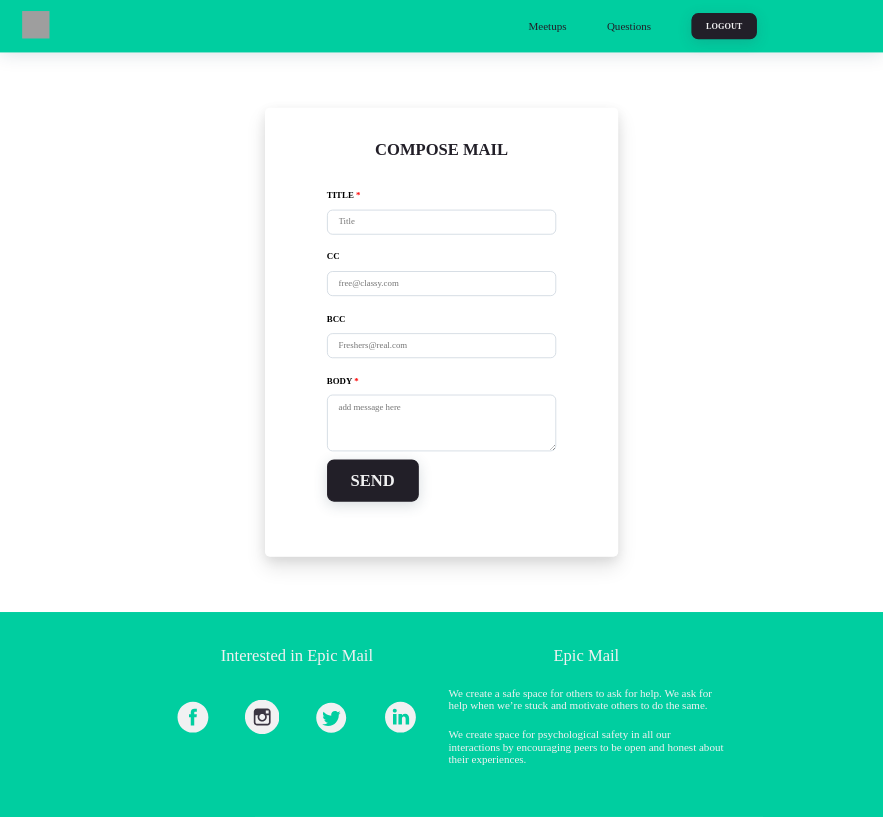
Repository: Gfreedoms/Epic-Mail
Page: pages/individual.html
An editor plug-in stored every save of this project. The page is shown before and after the next save, followed by the edit.
The browser window is 1280 px wide. The pictures show the whole page, at 69% of full size.
Pictures or frames that could not be fetched are drawn as grey boxes. Some web fonts or font styles are not loaded; a fallback is used.

Above is the page before, as saved 2019-02-27 07:59:19.

### pages/individual.html
<!DOCTYPE html>
<html lang="en">

<head>
	<meta charset="UTF-8">
	<meta name="viewport" content="width=device-width, initial-scale=1.0">
	<meta http-equiv="X-UA-Compatible" content="ie=edge">
	<link rel="apple-touch-icon" sizes="180x180" href="../assets/favicon/apple-touch-icon.png">
	<link rel="icon" type="image/png" sizes="32x32" href="../assets/favicon/favicon-32x32.png">
	<link rel="icon" type="image/png" sizes="16x16" href="../assets/favicon/favicon-16x16.png">
	<link rel="manifest" href="../assets/favicon/site.webmanifest">
	<link rel="mask-icon" href="../assets/favicon/safari-pinned-tab.svg" color="#5bbad5">
	<meta name="msapplication-TileColor" content="#da532c">
	<meta name="theme-color" content="#ffffff">
	<link rel="stylesheet" href="../styles/base.css">
	<link rel="stylesheet" href="../styles/format.css">
	<title> Epic Mail- ANDELA BOOTCAMP</title>
</head>

<body>
	<!-- Navigation Section Starts -->
	<section id="navigation">
		<nav class="navbar">
			<a href="../" id="nav-brand">
				<img src="../assets/imgs/logo.svg" alt="">
			</a>
			<ul class="nav-menu">
				<li class="visibility"><a class="hover-t" href="./login.html">Login</a></li>
				<li><a class="hover-t" href="./meetup.html">Meetups</a></li>
				<li><a class="hover-t" href="./questions.html">Questions</a></li>
				<li><a class="reg-btn box-sh-dark hover-lg" href="../">Logout</a></li>
			</ul>
			<a id="menu" href="">
				<img src="../assets/imgs/menu.svg" alt="">
			</a>
		</nav>
	</section>
	<!-- Navigation Section Ends -->

	<!-- SideBar Nav -->
	<ul id="sidebar" class="navbar-side side-hidden">
		<li><a href="./meetup.html">Meetups</a></li>
		<li><a href="./questions.html">Questions</a></li>
		<li><a class="" href="../">Logout</a></li>
	</ul>
	<!-- End SideBar Nav -->
	<section class="container w-auto">
		<div id="q-wrapper" class="card mauto m4 p3">
			<form action="/" method="POST">
				<div class="container">
					<h3 class="md-text">Compose Mail</h3>
					<div class="m1 input">
						<label class="m1" for="name">Title <span class="is-danger">*</span></label>
						<input class="p1 b-rsm" type="text" name="title" placeholder="Title">
                    </div>

                    <div class="m1 input">
                            <label class="m1" for="name">Cc </label>
                            <input class="p1 b-rsm" type="text" name="title" placeholder="free@classy.com" etc.">
                    </div>

                    <div class="m1 input">
                            <label class="m1" for="name">Bcc </label>
                            <input class="p1 b-rsm" type="text" name="title" placeholder="Freshers@real.com">
                    </div>


					<div class="m1 input">
						<label class="m1" for="name"> Body <span class="is-danger">*</span></label>
						<textarea class="p1 b-rsm" name="description" placeholder="add message here" rows="4" cols="50"></textarea>
                    </div>

					<div class="m2 input">
						<a class="btn sm box-sh-dark" href="./groups.html">Send</a>
					</div>
				</div>
			</form>
		</div>
	</section>

	<footer class="bg-secondary">
		<div class="container">
			<div class="info-about">
				<h3 class="md-text">Interested in Epic Mail</h3>
				<div class="social-links">
					<a href="#!"><img src="../assets/imgs/icons/facebook.svg" alt=""></a>
					<a href="#!"><img src="../assets/imgs/icons/instagram.svg" alt=""></a>
					<a href="#!"><img src="../assets/imgs/icons/twitter.svg" alt=""></a>
					<a href="#!"><img src="../assets/imgs/icons/linkedin.svg" alt=""></a>
				</div>
			</div>
			<div class="additional-info">
				<h3 class="md-text">Epic Mail</h3>
				<p class="sm-text">
					We create a safe space for others to ask for help.
					We ask for help when we’re stuck and motivate others to do the same.
				</p>
				<p class="sm-text">
					We create space for psychological safety in all our interactions by encouraging peers to be open and honest about
					their experiences.
				</p>
			</div>
		</div>
	</footer>
	<script src="../scripts/index.js"></script>
</body>

</html>

### styles/base.css
@import url('./fonts.css');

* {
	margin: 0;
	padding: 0;
	box-sizing: border-box;
}

a {
	color: #221F28;
	text-decoration: none;
}

#navigation {
	z-index: 1;
	background: #00cea0;
	/* background: #F1F1F2; */
	width: 100%;
	height: auto;
	padding: 1rem 2rem;
	box-shadow: 0 0 30px rgba(7, 51, 84, .17);
	-webkit-box-shadow: 0 0 30px rgba(7, 51, 84, .17);
	-moz-box-shadow: 0 0 30px rgba(7, 51, 84, .17);
}

#nav-brand img {
    height: 40px;
    width: 40px;
}

.navbar {
	display: grid;
	grid-template-columns: 20% 40%;
	grid-gap: 30%;
	align-items: center;
}

.navbar-side {
	height: 100%;
	background: #F1F1F2;
	position: absolute;
	z-index: 9999;
	width: 350px;
	/* box-shadow: 9px -1px 29px 1px; */
	box-shadow: 13px 0px 22px -10px rgba(35, 31, 41, 0.44);
	padding: 20px;
	list-style-type: none;
}

.navbar-side li {
	padding: 20px 10px;
}

.navbar-side li:hover {
	background: #221F28;
	color: #F1F1F2;
}

.navbar-side li:hover>a {
	color: #F1F1F2;
}

.navbar-side a {
	font-family: 'Circular-Book';
}

.navbar-side a:hover {
	color: #F1F1F2;
}

.side-hidden {
	margin-left: -390px;
	transition: all 0.3s ease-out;
}

.side-active {
	margin-left: 0px;
	transition: all 0.3s ease-in;
}

.nav-menu {
	list-style-type: none;
	display: flex;
	align-items: center;
}

.nav-menu li {
	justify-content: center;
	flex: auto;
	display: flex;
}

.nav-menu a {
	text-decoration: none;
}

.reg-btn {
	background: #221F28;
	color: #F1F1F2;
	padding: 0.8rem 1.2rem;
	line-height: 9px;
	font-weight: 600;
	text-transform: uppercase;
	font-size: 12px;
	border-radius: 10px;
	-webkit-border-radius: 10px;
	-moz-border-radius: 10px;
	display: block;
	transition: all .5s ease;
	-webkit-transition: all .5s ease;
	-moz-transition: all .5s ease;
	border: 2px solid #221F28;
}

.btn {
	background: #221F28;
	color: #F1F1F2;
	padding: 1.5rem 1rem;
	line-height: 9px;
	font-weight: 600;
	text-transform: uppercase;
	font-size: 1.5rem;
	border-radius: 10px;
	-webkit-border-radius: 10px;
	-moz-border-radius: 10px;
	display: block;
	transition: all .5s ease;
	-webkit-transition: all .5s ease;
	-moz-transition: all .5s ease;
	border: 2px solid #221F28;
	text-align: center;
}

.cta-btn {
	background: #F1F1F2;
	color: #221F28;
	font-family: 'Circular-Bold';
	margin: 2rem 0;
	padding: 0.8rem 1.2rem;
	line-height: 2rem;
	font-size: 2rem;
	font-weight: 600;
	text-transform: uppercase;
	font-size: 1rem;
	border-radius: 10px;
	-webkit-border-radius: 10px;
	-moz-border-radius: 10px;
	transition: all .5s ease;
	-webkit-transition: all .5s ease;
	-moz-transition: all .5s ease;
	border: 2px solid #F1F1F2;
}

.btn.sm {
	width: 40%
}

.box-sh-dark {
	-webkit-box-shadow: 0 5px 20px rgba(51, 73, 90, .2);
	box-shadow: 0 5px 20px rgba(51, 73, 90, .2);
}

#section-hero {
	padding-top: 130px;
	padding-bottom: 130px;
	background-color: #393541;
	background-image: url("data:[embedded picture, 478 characters]");
	background-attachment: fixed;
	background-size: cover;
	background-repeat: no-repeat;
	background-position: 50%;
	min-height: 600px;
	position: relative;
	width: 100%;
	display: flex;
	align-items: CENTER;
}

/* @media screen and (max-width:1680px) {} */

@media screen and (min-width: 1680px) {
	.rsvp span {
		padding: 1rem 1.4rem !important;
		color: white !important;
		border-radius: 6px !important;
		cursor: pointer !important;
	}

	.nav-menu a.hover-t {
		font-size: 1.7rem !important;
	}

	.meetups span {
		font-size: 1.4rem !important;
	}

	.m1 {
		margin-top: 3rem !important;
		margin-bottom: 0.6rem !important;
	}

	#section-hero {
		background-position: 50%;
	}

	.nav-menu a.hover-t {
		font-size: 1.3rem;
	}

	.nav-menu a {
		text-decoration: none;
		font-size: 1.1rem;
	}

	.reg-btn {
		padding: 1.5rem 1.6rem 1.5rem;
	}

	.bg-text {
		font-size: 4rem !important;
	}

	.md-text {
		font-size: 2.2rem !important;
		margin-bottom: 1rem !important;
	}

	.sm-text {
		font-size: 1.5rem !important;
	}
}

.container {
	width: 75%;
	margin: 0 auto;
}

.w-sm {
	width: 80% !important;
}

.w-md {
	width: 60% !important;
}

.w-lg {
	width: 40% !important;
}

.hero-text {
	height: 100%;
}

.bg-text,
.md-text,
.sm-text {
	color: #F1F1F2;
}

.bg-text {
	margin-bottom: 1.5rem;
	font-family: 'Circular-Bold';
	font-weight: 700;
	font-size: 3rem;
}

.md-text {
	margin-bottom: 2rem;
	font-family: 'Circular-Book';
	font-weight: 400;
	font-size: 1.5rem;
}

.sm-text {
	margin-bottom: 1.5rem;
	font-family: 'Circular-Light';
	font-weight: 400;
	font-size: 1rem;
}

.info-section,
.info-platform,
.info-expl {
	padding: 3rem 0;
	min-height: 50%;
}

.info-section,
.info-expl {
	background: #F1F1F2;
}

.info-platform {
	background: #C5CFD9;
}

.info-section .container,
.info-platform .container,
.info-expl .container {
	display: grid;
	grid-template-columns: 1fr 1fr;
	/* padding: 50px; */
}

.side {
	margin-top: 2rem;
	margin-bottom: 2rem;
	position: relative;
}

.info-section p,
.info-section h3,
.info-platform p,
.info-platform h3,
.info-expl p,
.info-expl h3 {
	color: #221F28;
}

.bg-primary {
	background: #221F28;
}

.bg-secondary {
	background: #00cea0;
}

.info-desc {
	flex: 1;
	align-items: center;
	display: flex;
	flex-direction: column;
	justify-content: center;
}

.info-action {
	text-align: center;
}

.card {
	border-radius: .45rem;
	background: #ffffff;
	box-shadow: 0 15px 30px 0 rgba(0, 0, 0, .11), 0 5px 15px 0 rgba(0, 0, 0, .08);
}

.card-lg {
	border-radius: .25rem;
	background: #ffffff;
	box-shadow: 0 15px 30px 0 rgba(0, 0, 0, .11), 0 5px 15px 0 rgba(0, 0, 0, .08);
}

.mauto {
	margin-left: auto;
	margin-right: auto;
}

.m4 {
	margin-top: 5rem;
	margin-bottom: 5rem;
}

.m3 {
	margin-top: 3rem;
	margin-bottom: 3rem;
}

.m2 {
	margin-top: 2rem;
	margin-bottom: 2rem;
}

.m1 {
	margin-top: 0.6rem;
	margin-bottom: 0.6rem;
}

.p4 {
	padding-top: 5rem;
	padding-bottom: 5rem;
}

.p3 {
	padding-top: 3rem;
	padding-bottom: 3rem;
}

.p2 {
	padding-top: 2rem;
	padding-bottom: 2rem;
}

.p1 {
	padding-top: 0.6rem;
	padding-bottom: 0.6rem;
}

.t-al {
	text-align: center !important;
}

form label {
	font-weight: 600;
	text-transform: uppercase;
	font-size: 0.8rem;
	font-family: 'Circular-Book';
}

form .reg-btn {
	text-align: center;
}

#login-form {
	width: 350px;
}

#login-form h3,
#q-wrapper h3 {
	color: #221F28;
	text-transform: uppercase;
	font-weight: 800;
	text-align: center;
	/* border-bottom: 4px solid #221F28; */
}

.input {
	display: grid;
	grid-template-columns: 1fr;
	margin-top: 10px;
}

.input input {
	padding-left: 1rem;
	padding-right: 1rem;
	font-family: 'Circular-Light';
	font-size: 0.8rem;
	border: 1px solid #C5CFD9;
	background: #ffffff;
}

.input textarea {
	padding-left: 1rem;
	padding-right: 1rem;
	font-family: 'Circular-Light';
	font-size: 0.8rem;
	border: 1px solid #C5CFD9;
	background: #ffffff;
}

.input select {
	border: 1px solid #C5CFD9;
	padding: 0.4rem 0.5rem;
	height: 2rem;
}

.b-rsm {
	border-radius: 8px;
}

#menu {
	display: none;
}

#menu img {
	height: 30px;
}

img {
	height: 15rem;
	width: auto;
}

footer {
	padding: 50px 10px;
}

footer .container {
	display: grid;
	grid-template-columns: 1fr 1fr;
	/* margin-bottom: 50px; */
	grid-gap: 20px;
}

footer h3 {
	/* padding-bottom: 1rem; */
	/* border-bottom: 4px solid #F1F1F2; */
	text-align: center;
}

.social-links {
	display: grid;
	grid-template-columns: 1fr 1fr 1fr 1fr;
	margin-top: 50px;
}

.social-links img {
	height: 50px;
}

.social-links a {
	text-align: center;
}

.info-about h3 {
	margin-bottom: 0 !important;
}

.b-danger {
	background: #F01D43 !important;
}

.b-mild {
	background: #80808094 !important;
	color: #ffffff !important;
}

.b-success {
	background: #00cea0 !important;
}

.b-wicked {
	background: #ff003b !important;
}

/*
.b-wicked {
	background: #6a1b9a !important;
} */

.header {
	display: grid;
	grid-template-columns: 1fr 1fr;
	align-items: center;
}

.hover-t:hover {
	color: purple;
}

.hover-lg:hover {
	cursor: pointer;
	transform: scale(1.009, 1.009);
	-webkit-box-shadow: 2px 2px 20px 0px rgba(128, 128, 128, 0.74);
	-moz-box-shadow: 2px 2px 20px 0px rgba(128, 128, 128, 0.74);
	box-shadow: 2px 2px 20px 0px rgba(128, 128, 128, 0.74);
	transition: all 0.8s cubic-bezier(0.165, 0.84, 0.44, 1);
}

.visibility {
	visibility: hidden;
}

/* MEDIA QUERIES */
@media all and (max-width: 850px) {
	.navbar {
		grid-template-columns: 20% 60%;
		grid-gap: 20%;
	}
}

@media all and (max-width: 850px) {
	.nav-menu {
		display: none;
	}

	#menu {
		display: block;
		text-align: right;
	}
}

@media all and (max-width: 1050px) {
	.navbar {
		grid-template-columns: 20% 60%;
		grid-gap: 20%;
	}
}

@media all and (max-width: 350px) {
	img {
		height: 12rem;
		width: auto;
	}

	.social-links img {
		height: 40px;
	}
}

@media all and (max-width: 670px) {
	.social-links {
		margin-top: 25px;
	}

	.info-about {
		margin-bottom: 25px;
	}

	.nav-menu {
		flex-wrap: wrap;
	}

	.nav-menu>li {
		flex-basis: 50%;
	}

	.info-section .container,
	.info-platform .container,
	.info-expl .container {
		grid-template-columns: 1fr;
	}

	footer .container {
		grid-template-columns: 1fr;
		grid-gap: 10px;
	}
}

@media all and (max-width: 400px) {
	.nav-menu>li {
		flex-basis: 100%;
	}

	.intro a {
		width: 100% !important;
	}

	.btn {
		background: #221F28;
		color: #F1F1F2;
		padding: 0.8rem 1rem;
		line-height: 9px;
		font-weight: 600;
		text-transform: uppercase;
		font-size: 1rem;
		border-radius: 10px;
	}
}

@media all and (min-width: 576px) {
	.hide-lg {
		display: none !important;
	}
}

@media all and (max-width: 576px) {
	.hide-sm {
		display: none !important;
	}
}

@media all and (max-width: 450px) {
	.container {
		width: 80%;
	}

	#login-form {
		width: auto;
	}
}

@media all and (max-width: 400px) {
	.hero-text {
		top: 40%;
		width: 70%;
		left: 10%;
	}

	.md-text {
		font-family: 'Circular-Book';
		margin-bottom: 1rem;
		font-weight: 100;
		font-size: 1.2rem;
	}

	form label {
		font-family: 'Circular-Light';
	}

	.f-bold {
		font-family: 'Circular-Book' !important;
	}

	.bg-text {
		margin-bottom: 1.3rem;
		font-family: 'Circular-Book';
		font-weight: 400;
		font-size: 2rem;
	}

	.cta-btn {
		font-size: 0.7rem;
		padding: 0.4rem 1rem;
	}
}

@media (min-width: 576px) {
	.w-auto {
		width: 75% !important;
	}

	.container {
		width: 85%;
	}
}

@media (min-width: 768px) {
	.w-auto {
		width: 40% !important;
	}

	.container {
		width: 85%;
	}
}

@media (min-width: 992px) {
	.w-auto {
		width: 35% !important;
	}

	.container {
		width: 70%;
	}
}

@media (min-width: 1200px) {
	.w-auto {
		width: 40% !important;
	}

	.container {
		width: 65%;
	}
}

/* END MEDIA QUERIES */

### styles/format.css
.is-danger {
	color: red;
}

.divider {
	height: 0.2rem;
	background: #221F28;
	opacity: 0.1;
	margin: 1rem auto;
	width: 100%;
}

table {
	width: 750px;
	border-collapse: collapse;
	margin: 50px auto;
}

/* Zebra striping */
tr:nth-of-type(odd) {
	background: #eee;
}

th {
	background: #221F28;
	color: white;
	font-weight: bold;
}

td,
th {
	padding: 10px;
	border: 1px solid #ccc;
	text-align: left;
	font-size: 18px;
}

@media only screen and (max-width: 760px),
(min-device-width: 768px) and (max-device-width: 1024px) {

	table {
		width: 100%;
	}

	/* Force table to not be like tables anymore */
	table,
	thead,
	tbody,
	th,
	td,
	tr {
		display: block;
	}

	thead tr {
		position: absolute;
		top: -9999px;
		left: -9999px;
	}

	tr {
		border: 1px solid #ccc;
	}

	td {
		border: none;
		border-bottom: 1px solid #eee;
		position: relative;
		padding-left: 50%;
	}

	td:before {
		position: absolute;
		/* Top/left values mimic padding */
		top: 6px;
		left: 6px;
		width: 45%;
		padding-right: 10px;
		white-space: nowrap;
		/* Label the data */
		content: attr(data-column);

		color: #000;
		font-weight: bold;
	}

	tbody tr {
		padding: 1rem;
	}
}

.m1 {
	margin-top: 0.8rem !important;
	margin-bottom: 0.8rem !important;
}

.pagination {
	text-align: center;
	margin: 2rem auto;
}

.pagination span {
	padding: 10px;
	border-radius: 2px;
	font-family: 'Circular-Book';
	font-weight: 600;
	font-size: 1rem;
	margin: 0 5px;
}

@media screen and (min-width: 1680px) {
	.reg-btn {
		padding: 1.5rem 1.6rem 1.5rem;
		font-size: 1rem;
	}

	.input {
		margin-top: 2rem;
	}

	.nav-menu a.hover-t {
		font-size: 1.4rem !important;
	}
}

### scripts/index.js
(function () {
  function togggleSidebar(e) {
    e.preventDefault();
    const sideBar = document.getElementById('sidebar');
    sideBar.classList.toggle('side-active');
    sideBar.classList.toggle('side-hidden');
  }
  const menu = document.getElementById('menu');
  menu.addEventListener('click', togggleSidebar, false);
}());

### styles/fonts.css
@font-face {
	font-family: "Circular-Light";
	src:
		url("../assets/fonts/Circular-Light.woff") format("woff");
}
@font-face {
	font-family: "Circular-Book";
	src:
		url("../assets/fonts/Circular-Book.woff") format("woff");
}
@font-face {
	font-family: "Circular-Bold";
	src:
		url("../assets/fonts/Circular-Bold.woff") format("woff");
}

* {
	font-family: 'Circular-Light';
}

After the next save:
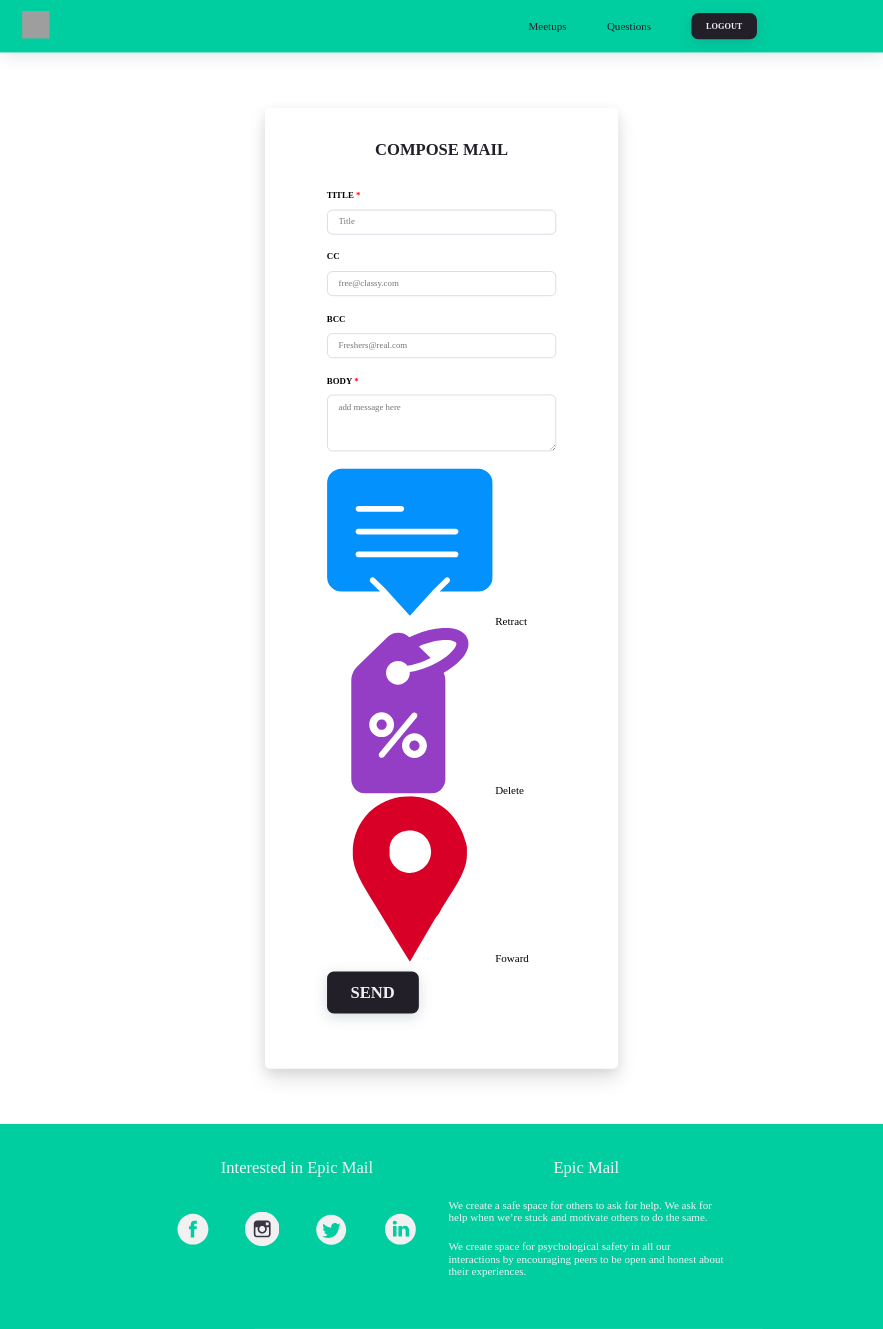
Saved 3 min 57 s later.
--- a/pages/individual.html
+++ b/pages/individual.html
@@ -70,6 +70,22 @@
 						<textarea class="p1 b-rsm" name="description" placeholder="add message here" rows="4" cols="50"></textarea>
                     </div>
 
+                    <div class="q-actions">
+							<span>
+								<a href="#!"><img src="../assets/imgs/icons/comment.svg" alt=""></a>
+								Retract
+							</span>
+							<span>
+								<a href="#!"><img src="../assets/imgs/icons/tag.svg" alt=""></a>
+								Delete
+							</span>
+							<span>
+								<a href="#!"><img src="../assets/imgs/icons/pointer.svg" alt=""></a>
+								Foward
+							</span>
+
+						</div>
+
 					<div class="m2 input">
 						<a class="btn sm box-sh-dark" href="./groups.html">Send</a>
 					</div>
